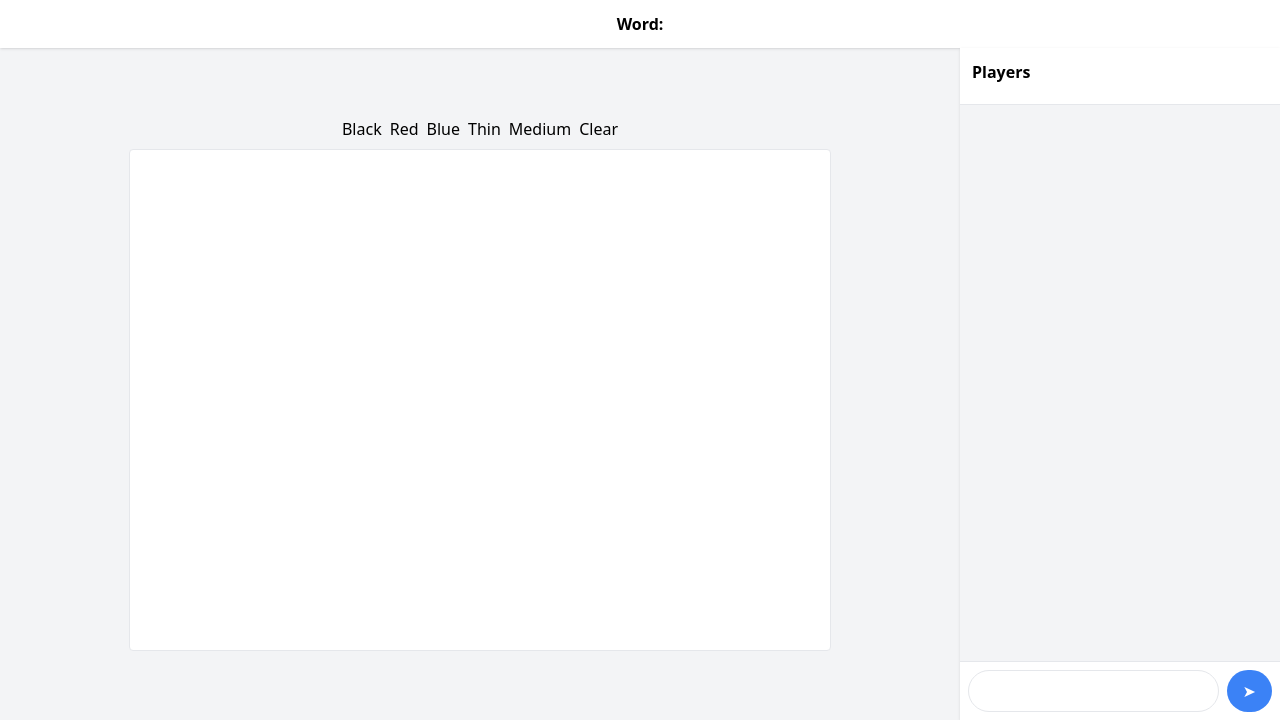
Repository: arpit-925/skibble.io
Page: / (app in client/), after clicking the first element matching `button.w-full`
The author's editor kept a copy of each file at every save. The page is drawn from the files as they stood at one save, then again after the next save.
The browser window is 1280 px wide. The pictures show the whole page.
The page's requests for data from a server got no answer. The project was rebuilt for these pictures with package versions that can differ from the ones it lists, and the page was loaded fresh each time. No one was signed in, and anything a server would have sent is missing. Also part of the build but not shown: client/vite.config.js.

Above is the page before, as saved 2026-04-14 10:28:10.

After the next save:
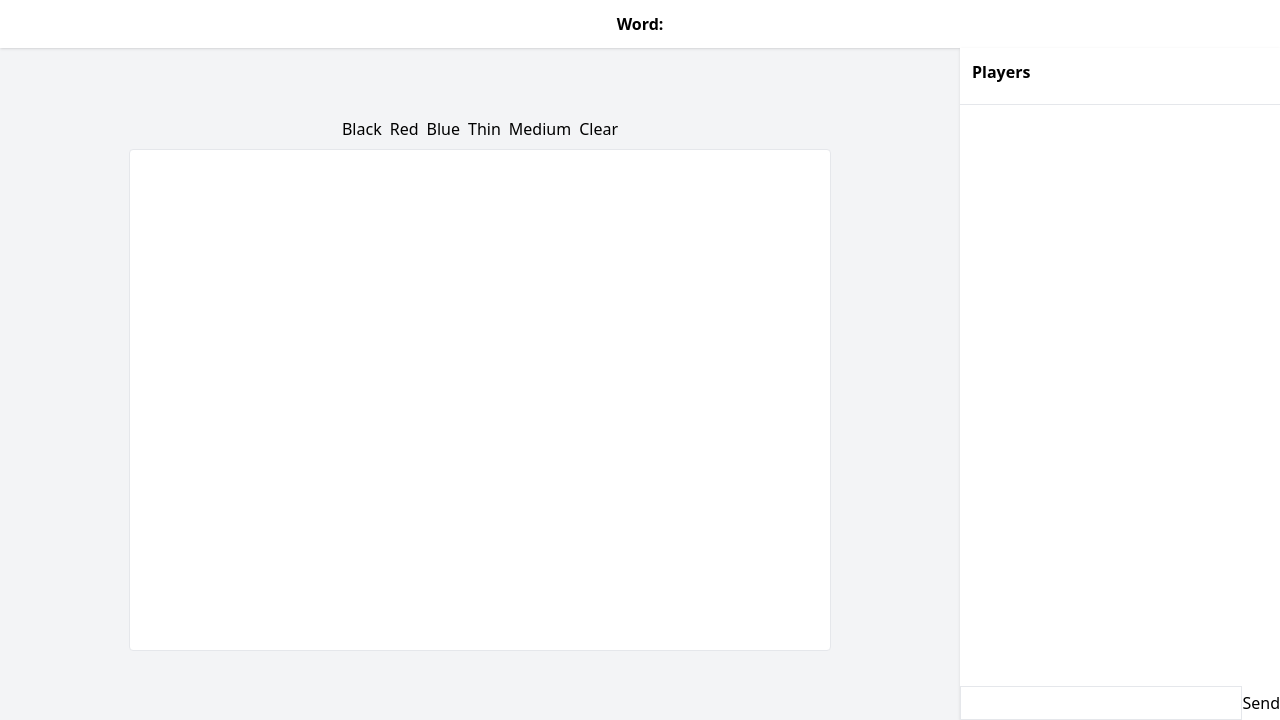
Saved 10 s later.
--- a/client/src/components/Chat.jsx
+++ b/client/src/components/Chat.jsx
@@ -10,13 +10,6 @@ export default function Chat({ roomId }) {
     setMessages((prev) => [...prev, `${data.playerName}: ${data.text}`]);
   });
 
-  useSocket("guess_result", (data) => {
-    setMessages((prev) => [
-      ...prev,
-      `🎉 ${data.playerName} guessed correctly! +${data.points}`,
-    ]);
-  });
-
   const send = () => {
     socket.emit("chat", { roomId, text: msg });
     setMsg("");
@@ -24,27 +17,17 @@ export default function Chat({ roomId }) {
 
   return (
     <div className="flex flex-col flex-1">
-
-      <div className="flex-1 overflow-y-auto p-3 bg-gray-100">
-        {messages.map((m, i) => (
-          <p key={i} className="text-sm">{m}</p>
-        ))}
+      <div className="flex-1 overflow-y-auto p-2">
+        {messages.map((m, i) => <p key={i}>{m}</p>)}
       </div>
 
-      <div className="p-2 flex gap-2 border-t">
+      <div className="flex">
         <input
-          className="flex-1 p-2 border rounded-full"
-          value={msg}
+          className="flex-1 border p-1"
           onChange={(e) => setMsg(e.target.value)}
         />
-        <button
-          className="bg-blue-500 text-white px-4 rounded-full"
-          onClick={send}
-        >
-          ➤
-        </button>
+        <button onClick={send}>Send</button>
       </div>
-
     </div>
   );
 }
